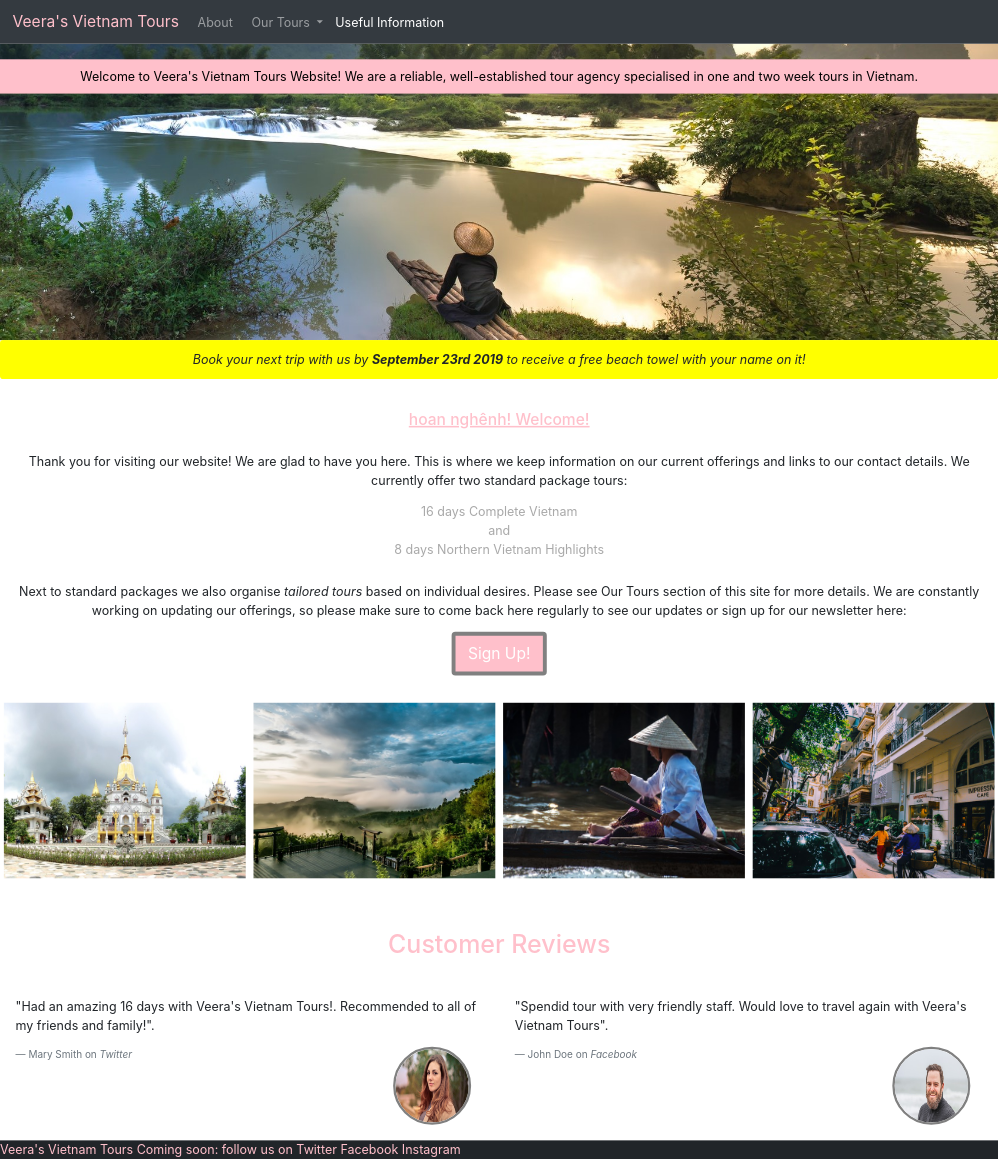
Repository: VAhola/VietnamTour
Page: index.html
The author's editor kept a record of every edit. The page is drawn from the files as they stood at one moment, then again after the next edit.
The browser window is 1280 px wide. The pictures show the whole page, at 78% of full size.

Above is the page before.

After the next edit:
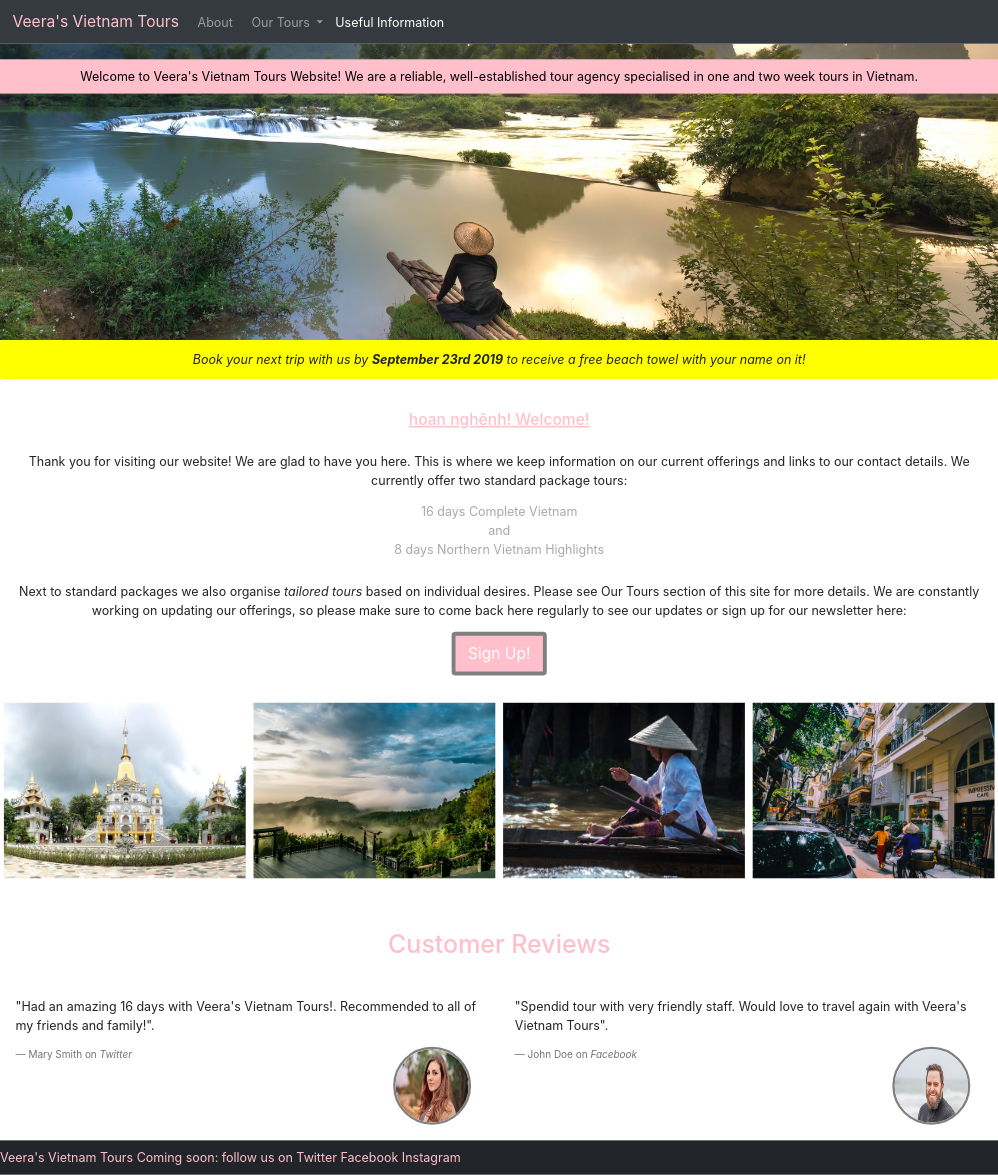
The edit:
--- a/style.css
+++ b/style.css
@@ -315,6 +315,8 @@
     color: pink;
     background-size: cover;
     margin-bottom: 0;
+    padding-bottom: 10px;
+    padding-top: 10px;
 }
 
 .bottom {
